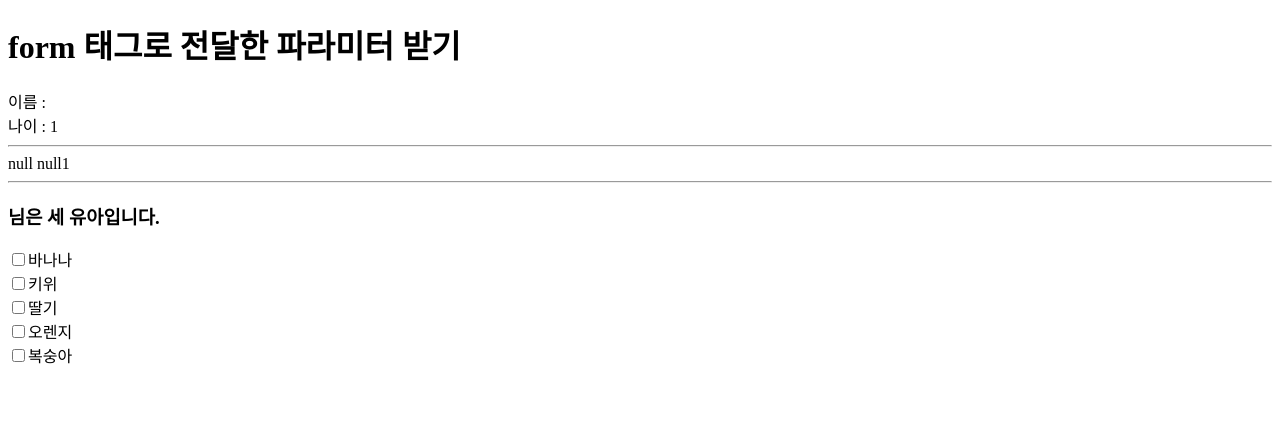
Repository: havanara/240411_JSTL_Project
Page: http://localhost/jstl_study/step-4.jsp
These files come from the project's save history. The page is drawn as it stood at one moment and after the next save; the edit follows.
The browser window is 1280 px wide. The pictures show the whole page.
The page is served by Tomcat 9. Other server files are loaded and not shown.

Above is the page before, as saved 2024-04-11 03:46:56.

### jstl_study/src/main/webapp/step-4.jsp
<%@ page language="java" contentType="text/html; charset=UTF-8"
    pageEncoding="UTF-8"%>
    <%@ taglib uri="http://java.sun.com/jsp/jstl/core" prefix="c" %>
<!DOCTYPE html>
<html>
<head>
<meta charset="UTF-8">
<title>Insert title here</title>
</head>
<body>

<h1>form 태그로 전달한 파라미터 받기</h1>
<!-- EL 태그 방식은 내부적으로 형변환을 하여 연산 가능 -->
이름 : ${param.name } <br>
나이 : ${param.age+1 } <br>

<hr>

<!-- 스크립틀릿 방식으로 파라미터 가져오기 -->
<!-- 파라미터 값을 무조건 문자열로 인식하여 연산 불가능(형변환 필요) -->
<%=request.getParameter("name") %>
<%=request.getParameter("age")+1 %>

<!-- c:if이용하여 나이가 18세 이하면 미성년자 입니다 라고 출력 -->
<c:if test="${param.age <= 18 }">
	<h2>${param.name }은 미성년자 입니다.</h2>
</c:if>

<hr>

<!-- choose를 사용하여 다중조건 처리 -->
<!-- age가 19세이상 성인 / 15세이상 청소년 / 5세이상 어린이 / 나머지 유아 -->
<!-- c:when(조건을 주고) / c:otherwise(디폴트) -->
<!-- c태그 내에 주석을 넣으면 인지해서 오류를 내는 경우가 있음 -->
<c:choose>
	<c:when test="${param.age >= 19 }">
		<h3>${param.name }님은 ${param.age }세 성인입니다.</h3>
	</c:when>
	<c:when test="${param.age >= 15 }">
		<h3>${param.name }님은 ${param.age }세 청소년입니다.</h3>
	</c:when>
	<c:when test="${param.age >= 5 }">
		<h3>${param.name }님은 ${param.age }세 어린이입니다.</h3>
	</c:when>
	<c:otherwise>
		<h3>${param.name }님은 ${param.age }세 유아입니다.</h3>
	</c:otherwise>
</c:choose>

<form action="step-5.jsp">
	<input type="checkbox" name="food" value="바나나">바나나 <br>
	<input type="checkbox" name="food" value="키위">키위 <br>
	<input type="checkbox" name="food" value="딸기">딸기 <br>
	<input type="checkbox" name="food" value="오렌지">오렌지 <br>
	<input type="checkbox" name="food" value="복숭아">복숭아 <br>
</form>

</body>
</html>

After the next save:
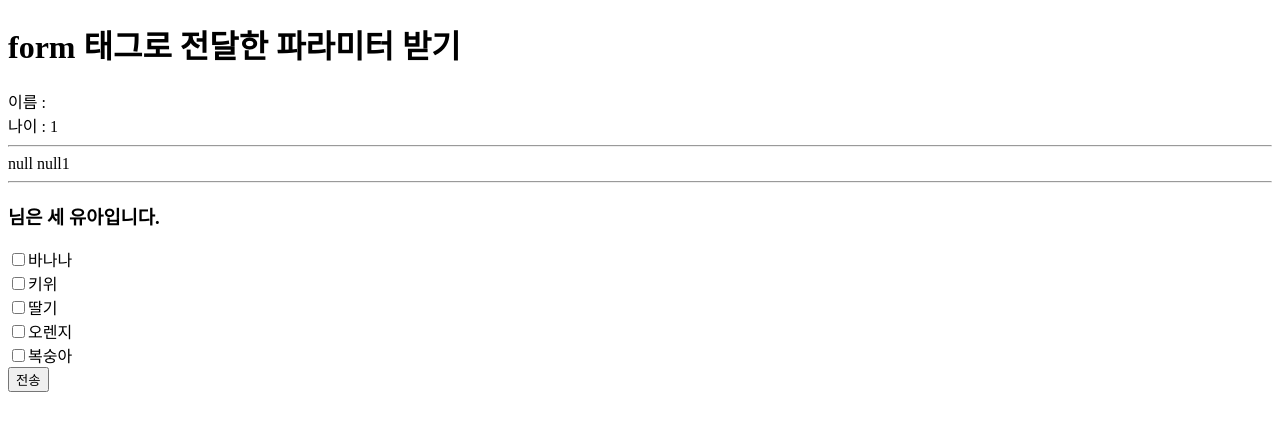
Saved 15 s later.
--- a/jstl_study/src/main/webapp/step-4.jsp
+++ b/jstl_study/src/main/webapp/step-4.jsp
@@ -53,6 +53,7 @@
 	<input type="checkbox" name="food" value="딸기">딸기 <br>
 	<input type="checkbox" name="food" value="오렌지">오렌지 <br>
 	<input type="checkbox" name="food" value="복숭아">복숭아 <br>
+	<button type="submit">전송</button>
 </form>
 
 </body>
